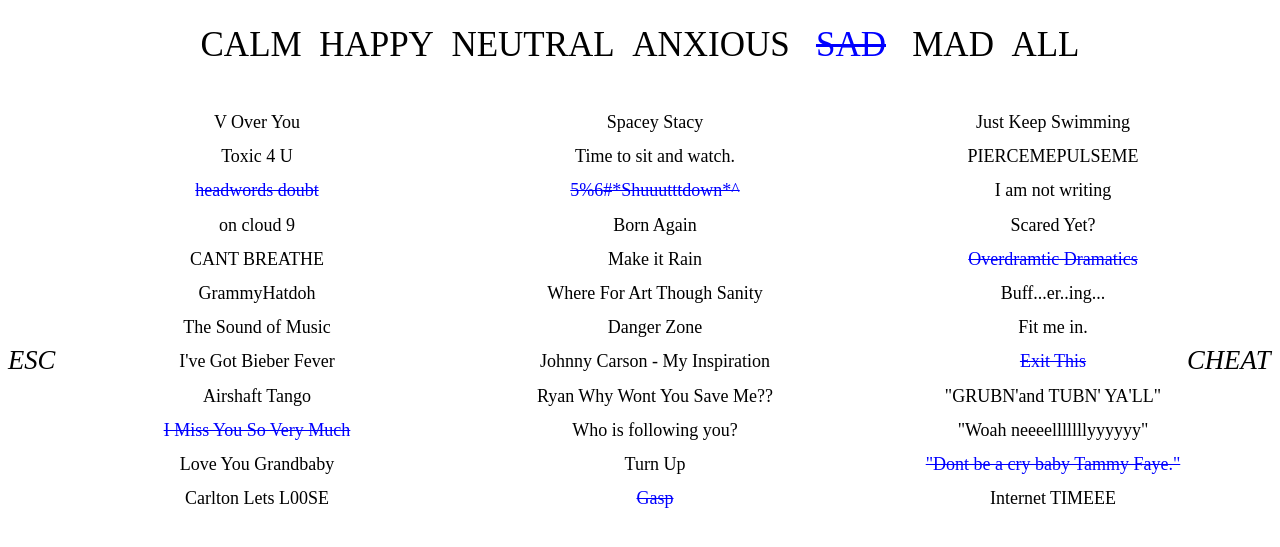
Repository: bradk647/bradk647.github.io
Page: cheat/sadcheat.html
The author's editor kept a record of every edit. The page is drawn from the files as they stood at one moment, then again after the next edit.
The browser window is 1280 px wide. The pictures show the whole page.

Above is the page before.

After the next edit:
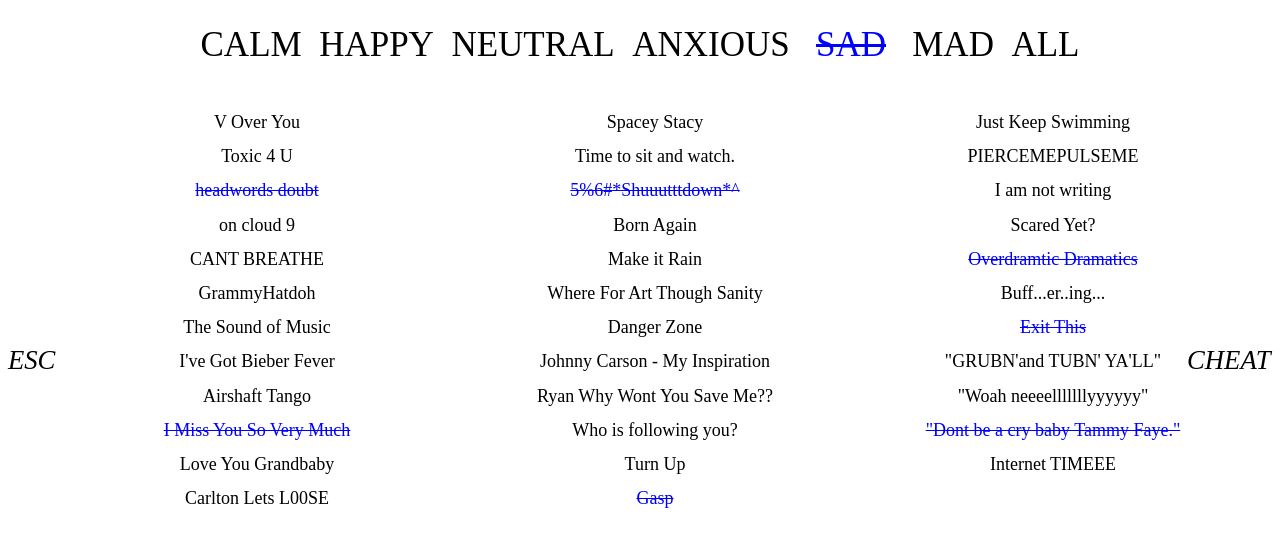
The edit:
--- a/cheat/sadcheat.html
+++ b/cheat/sadcheat.html
@@ -64,7 +64,6 @@
             <a href="../bunny/knife.html" div id="red"><li>Scared Yet?</li></a>
             <a href="../bunny/overdrama.html" div id="blue"><li>Overdramtic Dramatics</li></a>
             <a href="../bunny/textmess.html" div id="yellow"><li>Buff...er..ing...</li></a>
-            <a href="../bunny/mold.html" div id="green"><li>Fit me in.</li></a>
             <a href="../bunny/exit.html" div id="blue"><li>Exit This</li></a>
             <a href="../bunny/snackz.html" div id="pink"><li>"GRUBN'and TUBN' YA'LL"</li></a>
             <a href="../bunny/indexvid1.html" div id="red"><li>"Woah neeeelllllllyyyyyy"</li></a>
